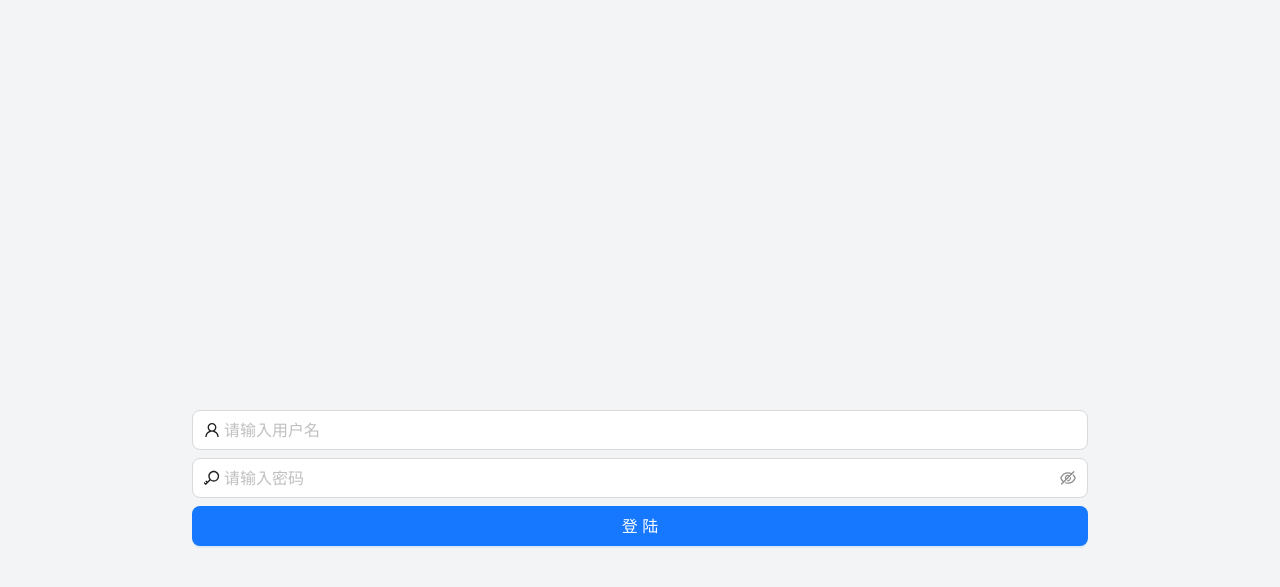
Repository: wujieli0207/tiny-flash-card
Page: /#/login
An editor plug-in stored every save of this project. The page is shown before and after the next save, followed by the edit.
The browser window is 1280 px wide. The pictures show the whole page.
The project was rebuilt for these pictures with package versions that can differ from the ones it lists, and the page was loaded fresh each time. Also part of the build but not shown: vite.config.ts.

Above is the page before, as saved 2023-06-11 18:31:10.

After the next save:
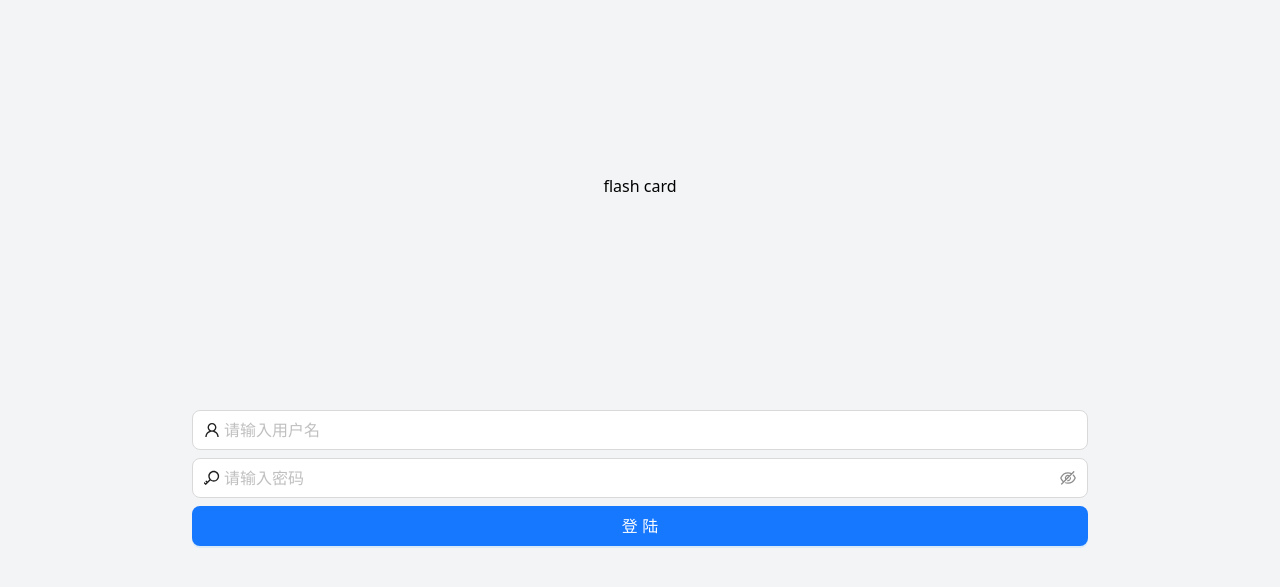
Saved 15 s later.
--- a/src/client/pages/login.tsx
+++ b/src/client/pages/login.tsx
@@ -33,7 +33,9 @@ const Login = () => {
     <div className="h-screen w-screen bg-gray-100 flex flex-col justify-center items-center dark:text-gray-100">
       <PageTitle title="登陆" />
 
-      <header className="w-screen text-center min-h-[236px]"></header>
+      <header className="w-screen text-center min-h-[236px]">
+        <div>flash card</div>
+      </header>
 
       <div className="w-[70%]">
         <Input
